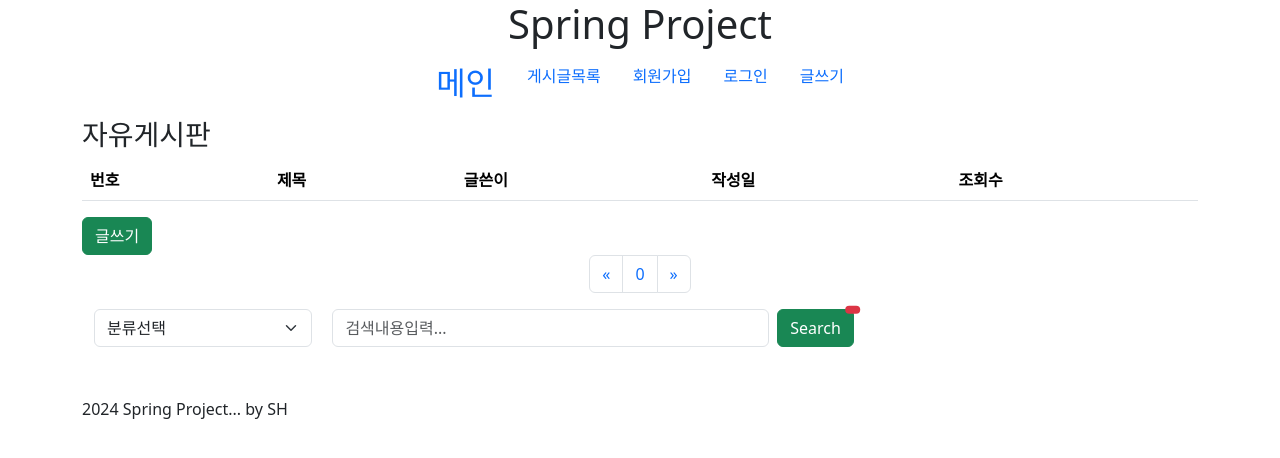
Repository: dtkd19/spring_personal_project
Page: http://localhost/myproject/WEB-INF/views/board/list.jsp
An editor plug-in stored every save of this project. The page is shown before and after a run of saves, followed by the edit.
The browser window is 1280 px wide. The pictures show the whole page.
The page is served by Tomcat 9. Nobody is signed in. Other server files are loaded and not shown. The template is opened directly, without the code that normally fills it, so the values that code supplies are empty.

Above is the page before, as saved 2024-11-07 08:44:12.

### myproject/src/main/webapp/WEB-INF/views/board/list.jsp
<%@ page language="java" contentType="text/html; charset=UTF-8"
    pageEncoding="UTF-8"%>
<%@ taglib uri="http://java.sun.com/jsp/jstl/core" prefix="c"%>

<jsp:include page="../layout/header.jsp" />

	<div class="container-md">
	<h3>자유게시판</h3>
	<table class="table table-hover">
		<thead>
			<tr>
				<th scope="col">번호</th>
				<th scope="col">제목</th>
				<th scope="col">글쓴이</th>
				<th scope="col">작성일</th>
				<th scope="col">조회수</th>
			</tr>
		</thead>
		<tbody>
			<c:forEach items="${list }" var="bvo">
				<tr>
					<td>${bvo.bno }</td>
					<td><a href="/board/detail?bno=${bvo.bno } ">${bvo.title }</a>
					</td>
					<td>${bvo.writer }</td>
					<td>${bvo.regDate }</td>
					<td>${bvo.readCount}
				</tr>
			</c:forEach>
		</tbody>
	</table>
	<a href="/board/register"><button type="button" class="btn btn-success">글쓰기</button></a>

	<nav aria-label="Page navigation example">
		<ul class="pagination justify-content-center">
			<li class="page-item ${ph.prev eq false ? 'disabled' : '' }"><a class="page-link" href="/board/list?pageNo=${ph.startPage-1 }&qty=${ph.pgvo.qty}&type=${ph.pgvo.type}&keyword=${ph.pgvo.keyword}"
				aria-label="Previous"> <span aria-hidden="true">&laquo;</span>
			</a></li>
			<c:forEach begin="${ph.startPage }" end="${ph.endPage }" var = "i">
			<li class="page-item ${ph.pgvo.pageNo eq i ? 'active' : '' } "><a class="page-link" href="/board/list?pageNo=${i } &qty=${ph.pgvo.qty}&type=${ph.pgvo.type}&keyword=${ph.pgvo.keyword}">${i }</a></li>
			</c:forEach>
			<li class="page-item ${ph.next eq false ? 'disabled' : '' }"><a class="page-link" href="/board/list?pageNo=${ph.endPage+1 }&qty=${ph.pgvo.qty}&type=${ph.pgvo.type}&keyword=${ph.pgvo.keyword}"
				aria-label="Next"> <span aria-hidden="true">&raquo;</span>
			</a></li>
		</ul>
	</nav>

	<!-- serach -->
	<div class ="container-fluid searchCon" >
	    <form action="/board/list" class="d-flex" role="search" >
	      <select class="form-select" name="type" id="inputGroupSelect01" style="width: 20%; margin-right: 20px ">
		    <option ${ph.pgvo.type == null ? 'selected' : ''  }>분류선택</option>
		    <option value="t" ${ph.pgvo.type eq 't' ? 'selected' : ''  }>제목</option>
		    <option value="w" ${ph.pgvo.type eq 'w' ? 'selected' : ''  }>글쓴이</option>
		    <option value="c" ${ph.pgvo.type eq 'c' ? 'selected' : ''  }>내용</option>
		    <option value="tw"${ph.pgvo.type eq 'tw' ? 'selected' : ''  } >제목 + 글쓴이</option>
		    <option value="wc"${ph.pgvo.type eq 'wc' ? 'selected' : ''  }>글쓴이 + 내용</option>
		    <option value="tc"${ph.pgvo.type eq 'tc' ? 'selected' : ''  }>제목 + 내용</option>
		    <option value="twc"${ph.pgvo.type eq 'twc' ? 'selected' : ''  }>전체</option>
		  </select>

	        <input class="form-control me-2" name="keyword" type="search" placeholder="검색내용입력..." aria-label="Search" style="width: 40%; value="${ph.pgvo.keyword }">
	        <input type="hidden" name="pageNo" value="1">
	        <input type="hidden" name="qty" value="${ph.pgvo.qty }">
	       <!--  <button class="btn btn-outline-success" type="submit">Search</button> -->
	       <button type="submit" class="btn btn-success position-relative">
	 		 Search
	 		<span class="position-absolute top-0 start-100 translate-middle badge rounded-pill bg-danger">
	    	${ph.totalCount }
	    	<span class="visually-hidden">unread messages</span> </span>
			</button>
      </form>
	</div>



	</div>

<jsp:include page="../layout/footer.jsp" />

### myproject/src/main/webapp/WEB-INF/views/layout/header.jsp
<%@ page language="java" contentType="text/html; charset=UTF-8"
    pageEncoding="UTF-8"%><%@ taglib uri="http://java.sun.com/jsp/jstl/core" prefix="c"%>
<!DOCTYPE html>
<html>
<head>
<meta charset="UTF-8">
<title>header.jsp</title>
<link href="https://cdn.jsdelivr.net/npm/bootstrap@5.3.3/dist/css/bootstrap.min.css" rel="stylesheet" integrity="sha384-QWTKZyjpPEjISv5WaRU9OFeRpok6YctnYmDr5pNlyT2bRjXh0JMhjY6hW+ALEwIH" crossorigin="anonymous">
<script src="https://cdn.jsdelivr.net/npm/bootstrap@5.3.3/dist/js/bootstrap.bundle.min.js" integrity="sha384-YvpcrYf0tY3lHB60NNkmXc5s9fDVZLESaAA55NDzOxhy9GkcIdslK1eN7N6jIeHz" crossorigin="anonymous"></script>
</head>
<body>
<div class="container-md">
<h1 style="text-align: center;">
	Spring Project
</h1>
<ul class="nav justify-content-center">
  <li class="nav-item">
    <h2><a class="nav-link active" aria-current="page" href="/">메인</a></h2>
  </li>
  <li class="nav-item">
    <a class="nav-link" href="/board/list">게시글목록</a>
  </li>
  <li class="nav-item">
    <a class="nav-link" href="#">회원가입</a>
  </li>
  <li class="nav-item">
    <a class="nav-link" href="#">로그인</a>
  </li>
  <li class="nav-item">
    <a class="nav-link" href="/board/register">글쓰기</a>
  </li>
</ul>




</div>
</body>
</html>

### myproject/src/main/webapp/WEB-INF/views/layout/footer.jsp
<%@ page language="java" contentType="text/html; charset=UTF-8"
    pageEncoding="UTF-8"%>
<%@ taglib uri="http://java.sun.com/jsp/jstl/core" prefix="c"%>

	<div class="container-md">
		<div style= "vertical-align: middle; margin-top: 50px" >
		2024 Spring Project... by SH
		</div>
	</div>
</body>
</html>

After the next 2 saves:
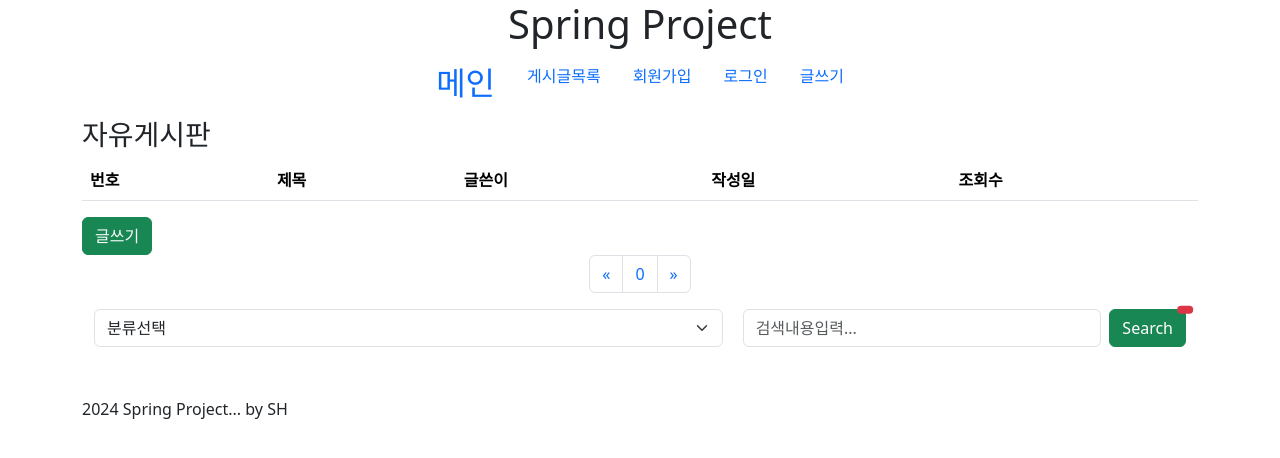
The 2 saves are shown as one change because they came seconds apart.
The last was saved 2 min 30 s later.
--- a/myproject/src/main/webapp/WEB-INF/views/board/list.jsp
+++ b/myproject/src/main/webapp/WEB-INF/views/board/list.jsp
@@ -46,9 +46,9 @@
 	</nav>
 
 	<!-- serach -->
-	<div class ="container-fluid searchCon" >
+	<div class ="container-fluid" >
 	    <form action="/board/list" class="d-flex" role="search" >
-	      <select class="form-select" name="type" id="inputGroupSelect01" style="width: 20%; margin-right: 20px ">
+	      <select class="form-select" name="type" id="inputGroupSelect01" style="width: 70%; margin-right: 20px ">
 		    <option ${ph.pgvo.type == null ? 'selected' : ''  }>분류선택</option>
 		    <option value="t" ${ph.pgvo.type eq 't' ? 'selected' : ''  }>제목</option>
 		    <option value="w" ${ph.pgvo.type eq 'w' ? 'selected' : ''  }>글쓴이</option>
